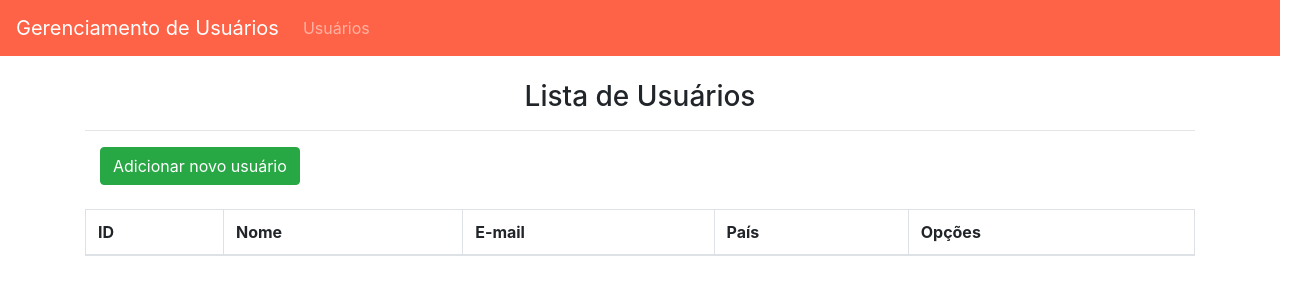
Repository: diegosena7/EstudosJSP
Page: http://localhost/CRUD/
The author's editor kept a copy of each file at every save. The page is drawn from the files as they stood at one save, then again after the next save.
The browser window is 1280 px wide. The page is 1295 px wide, so the pictures cover 1295 px, including what lies to the right of the window. The pictures show the whole page.
The page is served by Tomcat 9. Queries for data that is not in the repository find no rows.

Above is the page before, as saved 2021-07-04 21:49:06.

After the next save:
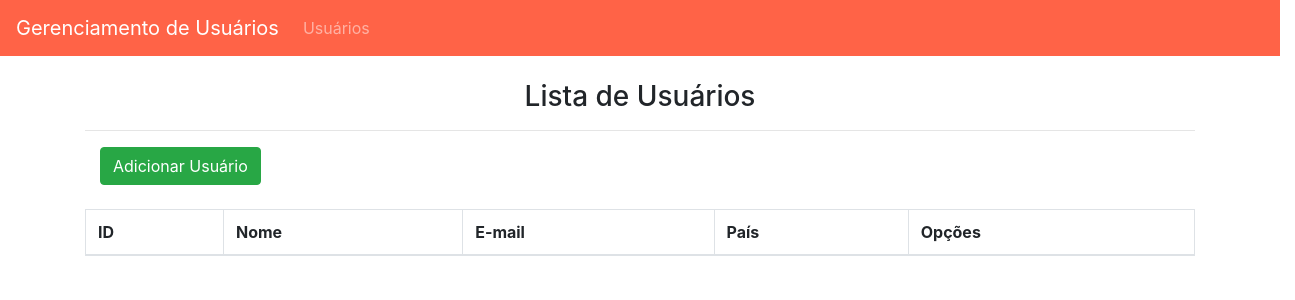
Saved 24 s later.
--- a/CRUD/WebContent/user-list.jsp
+++ b/CRUD/WebContent/user-list.jsp
@@ -34,7 +34,7 @@
 			<hr>
 			<div class="container text-left">
 
-				<a href="<%=request.getContextPath()%>/new" class="btn btn-success">Adicionar novo usuário</a>
+				<a href="<%=request.getContextPath()%>/new" class="btn btn-success">Adicionar Usuário</a>
 			</div>
 			<br>
 			<table class="table table-bordered">
